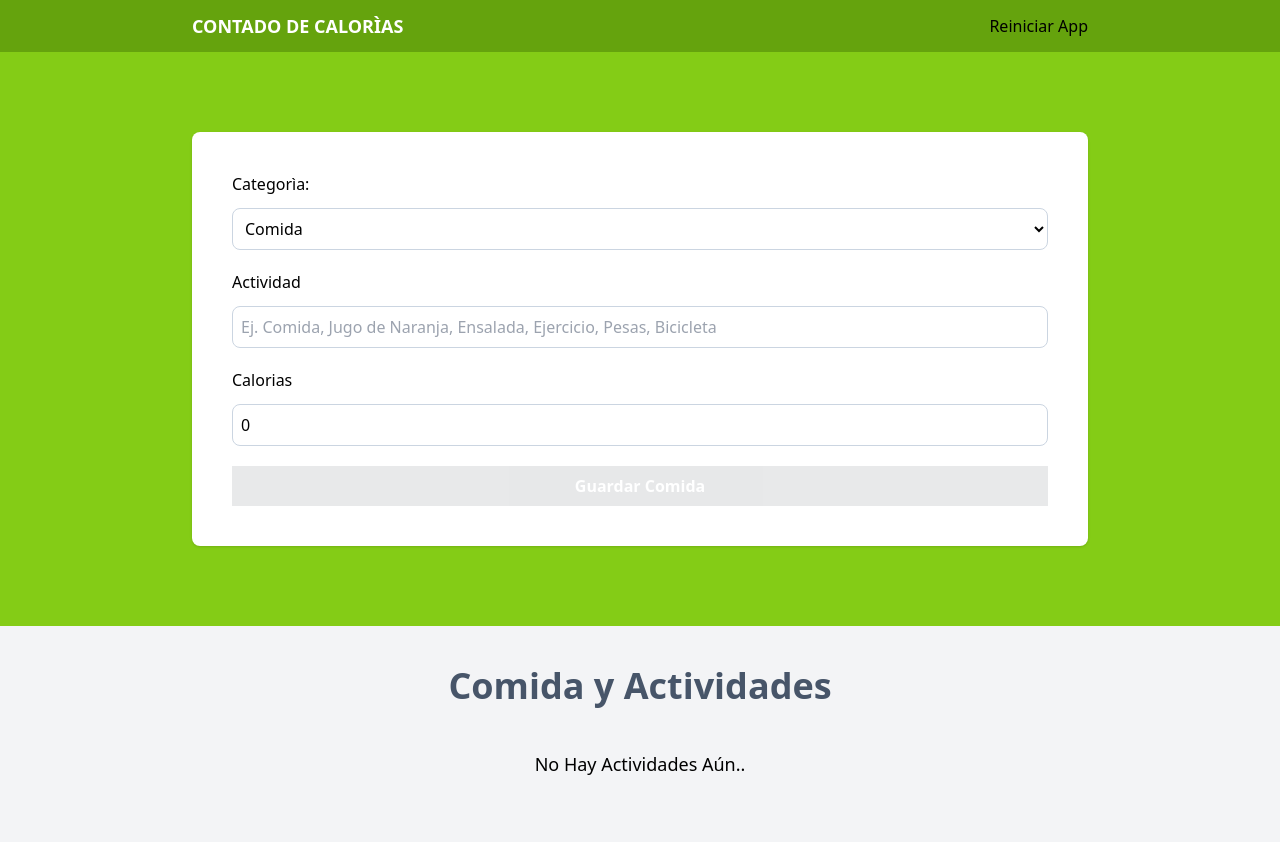
Repository: Matiiu/calorie-tracker
Page: /
These files come from the project's save history. The page is drawn as it stood at one moment and after the next save; the edit follows.
The browser window is 1280 px wide. The pictures show the whole page.
The project was rebuilt for these pictures with package versions that can differ from the ones it lists, and the page was loaded fresh each time. Also part of the build but not shown: vite.config.ts.

Above is the page before, as saved 2024-04-01 18:18:42.

### index.html
<!doctype html>
<html lang="en">
  <head>
    <meta charset="UTF-8" />
    <link rel="icon" type="image/svg+xml" href="/vite.svg" />
    <meta name="viewport" content="width=device-width, initial-scale=1.0" />
    <title>Contador de Calorías - React</title>
  </head>
  <body>
    <div id="root"></div>
    <script type="module" src="/src/main.tsx"></script>
  </body>
</html>

### src/App.tsx
import { useEffect, useReducer } from "react";

import Header from "./components/Header";
import Form from "./components/Form";
import ActivityList from "./components/ActivityList";

import { activityReducer, initialState } from "./reducers/activityReducer";
export default function App() {
  const [state, dispatch] = useReducer(activityReducer, initialState);

  useEffect(() => {
    if (state.activities.length > 0) {
      localStorage.setItem('activities', JSON.stringify(state.activities));
    }
  } ,[state.activities]);

  return (
    <>
      <Header />

      <section className="bg-lime-500 py-20 px-5">
        <div className="max-w-4xl mx-auto">
          <Form
            dispatch={dispatch}
            state={state}
          />
        </div>
      </section>

      <section className="py-10 bg-gray-100">
        <div className="mx-auto max-w-4xl">
          <ActivityList
            activities={state.activities}
            dispatch={dispatch}
          />
        </div>
      </section>
    </>
  );
}

### src/components/Header.tsx
export default function Header() {
  return (
    <header className="bg-lime-600 py-3">
      <div className="max-w-4xl mx-auto flex justify-between">
        <h1 className="text-center text-lg font-bold text-white uppercase">
          Contado de Calorìas
        </h1>

        <button>
          Reiniciar App
        </button>
      </div>
    </header>
  );
}

### src/components/Form.tsx
import { useState, ChangeEvent, FormEvent, Dispatch, useEffect } from "react";
import { v4 as uuid } from "uuid";

import { categories } from "../data/categories";
import type { Activity, Category } from "../types";
import { ActivityActions, ActivityState } from "../reducers/activityReducer";

type FormProps = {
  dispatch: Dispatch<ActivityActions>;
  state: ActivityState;
};

export default function Form({ dispatch, state }: FormProps) {
  const initialState: Activity = {
    id: uuid(),
    category: 1,
    activityName: "",
    calories: 0,
  };

  // Convertimos las calorías en un objeto donde el id en la llave y el nombre el valor
  const categoriesObject = categories.reduce(
    (accumulator: Record<Category["id"], Category["name"]>, current) => {
      accumulator[current.id] = current.name;
      return accumulator;
    },
    {}
  );

  const [activity, setActivity] = useState<Activity>({ ...initialState });

  useEffect(() => {
    if (state.activeId) {
      const selectActivities: Activity = state.activities.filter(
        stateActivity => stateActivity.id === state.activeId
      )[0];
      setActivity(selectActivities);
    }
  }, [state.activeId]);

  const handleChange = (
    e: ChangeEvent<HTMLInputElement | HTMLSelectElement>
  ) => {
    // Validamos si es un campo numérico
    const isNumberFiled = ["category", "calories"].includes(e.target.id);
    // Si lo es convertimos el dato a numérico
    setActivity({
      ...activity,
      [e.target.id]: isNumberFiled ? +e.target.value : e.target.value,
    });
  };

  const isValidateActivity = () => {
    const { activityName, calories } = activity;
    // Validamos que el campo actividad y calorías estén diligenciados
    return !!(activityName || "").trim() && calories > 0;
  };

  const nameSubmit = () => {
    // Accedemos a la posición llave de nuestro objeto categoriesObject con el valor de activity.category y retornamos el valor
    return `Guardar ${categoriesObject[activity.category]}`;
  };

  const handleSubmit = (e: FormEvent<HTMLFormElement>) => {
    e.preventDefault();
    dispatch({
      type: "save-activity",
      payload: { newActivity: activity },
    });
    // Limpiar el formulario una vez enviado
    setActivity({ ...initialState });
  };

  return (
    <form
      onSubmit={handleSubmit}
      className="space-y-5 bg-white shadow p-10 rounded-lg"
    >
      <div className="grid grid-cols-1 gap-3">
        <label htmlFor="category">Categorìa:</label>
        <select
          name="category"
          id="category"
          className="border border-slate-300 p-2 rounded-lg w-full bg-white"
          value={activity.category}
          onChange={handleChange}
        >
          {categories.map((category) => (
            <option key={category.id} value={category.id}>
              {category.name}
            </option>
          ))}
        </select>
      </div>

      <div className="grid grid-cols-1 gap-3">
        <label htmlFor="activityName">Actividad</label>
        <input
          id="activityName"
          name="activityName"
          type="text"
          className="border border-slate-300 p-2 rounded-lg"
          placeholder="Ej. Comida, Jugo de Naranja, Ensalada, Ejercicio, Pesas, Bicicleta"
          value={activity.activityName}
          onChange={handleChange}
        />
      </div>

      <div className="grid grid-cols-1 gap-3">
        <label htmlFor="calories">Calorias</label>
        <input
          id="calories"
          name="calories"
          type="number"
          className="border border-slate-300 p-2 rounded-lg"
          placeholder="Ej. 300 o 500"
          min={0}
          value={activity.calories}
          onChange={handleChange}
        />
      </div>

      <input
        type="submit"
        className="bg-gray-800 hover:bg-gray-900 w-full p-2 font-bold text-white cursor-pointer disabled:opacity-10 disabled:cursor-auto"
        value={nameSubmit()}
        disabled={!isValidateActivity()}
      />
    </form>
  );
}

### src/components/ActivityList.tsx
import { Dispatch, useMemo } from "react";

import { PencilSquareIcon, XCircleIcon } from "@heroicons/react/24/outline";

import type { Activity, Category } from "../types";
import { categories } from "../data/categories";
import { ActivityActions } from "../reducers/activityReducer";

type ActivityListprops = {
  activities: Activity[];
  dispatch: Dispatch<ActivityActions>;
};

export default function ActivityList({
  activities,
  dispatch,
}: ActivityListprops) {
  // Convertimos las calorías en un objeto donde el id en la llave y el nombre el valor
  const categoriesObject = categories.reduce(
    (accumulator: Record<Category["id"], Category["name"]>, current) => {
      accumulator[current.id] = current.name;
      return accumulator;
    },
    {}
  );

  const activitiesAreEmpty = useMemo(() => !activities.length, [activities]);

  const categoryName = (id: Category["id"]) => {
    // Accedemos a la posición llave de nuestro objeto categoriesObject con el valor de activity.category y retornamos el valor
    return categoriesObject[id];
  };

  const handleRemove = (id: Activity["id"]) => {
    const cancelConfirmation = window.confirm(
      "¿Estás seguro de que deseas eliminar la actividad?"
    );

    if (cancelConfirmation) {
      dispatch({ type: "delete-activity", payload: { id } });
    }
  };

  return (
    <>
      <h2 className="text-4xl font-bold text-slate-600 text-center">
        Comida y Actividades
      </h2>

      {activitiesAreEmpty ? (
        <p className="text-center py-6 mt-5 text-lg">
          No Hay Actividades Aún..
        </p>
      ) : (
        activities.map((activity) => (
          <div
            key={activity.id}
            className="px-5 py-10 bg-white mt-5 flex justify-between"
          >
            <div className="space-y-2 relative">
              <p
                className={`absolute -top-8 -left-8 px-10 py-2 text-white uppercase font-bold ${
                  activity.category === 1 ? "bg-lime-500" : "bg-orange-500"
                }`}
              >
                {categoryName(activity.category)}
              </p>
              <p className="text-2xl font-bold pt-5">{activity.activityName}</p>
              <p className="font-black text-4xl text-lime-500">
                {" "}
                {activity.calories}
              </p>
            </div>

            <div className="flex gap-5 items-center">
              <button
                onClick={() =>
                  dispatch({
                    type: "set-activeId",
                    payload: { id: activity.id },
                  })
                }
              >
                <PencilSquareIcon className="h-8 w-8 text-gray-800" />
              </button>

              <button onClick={() => handleRemove(activity.id)}>
                <XCircleIcon className="h-8 w-8 text-red-500" />
              </button>
            </div>
          </div>
        ))
      )}
    </>
  );
}

### src/reducers/activityReducer.ts
import type { Activity } from "../types";

export type ActivityActions =
  | { type: "save-activity"; payload: { newActivity: Activity } }
  | { type: "set-activeId"; payload: { id: Activity["id"] } }
  | { type: "delete-activity"; payload: { id: Activity["id"] } }
  | { type: "restart-app" };

export type ActivityState = {
  activities: Activity[];
  activeId: Activity["id"];
};

function localStorageactivities(): Activity[] {
  const activities = localStorage.getItem("activities");
  return activities ? JSON.parse(activities) : [];
}

export const initialState: ActivityState = {
  activities: localStorageactivities(),
  activeId: "",
};

export function activityReducer(
  state: ActivityState = initialState,
  action: ActivityActions
) {
  if (action.type === "save-activity") {
    let updateActivities: Activity[] = [];
    if (state.activeId) {
      updateActivities = state.activities.map((activity) =>
        activity.id === state.activeId ? action.payload.newActivity : activity
      );
    } else {
      updateActivities = [...state.activities, action.payload.newActivity];
    }
    return {
      ...state,
      activities: updateActivities,
      activeId: "",
    };
  }

  if (action.type === "set-activeId") {
    return {
      ...state,
      activeId: action.payload.id,
    };
  }

  if (action.type === "delete-activity") {
    return {
      ...state,
      activities: state.activities.filter(
        (activity) => activity.id !== action.payload.id
      ),
    };
  }

  if (action.type === "restart-app") {
    // Removemos la llave de nuestro stroage
    localStorage.removeItem("activities");
    // Limpiamos todos los valores
    return {
      activities: [],
      activeId: "",
    };
  }

  return state;
}

### src/data/categories.ts
import { Category } from "../types";

export const categories: Category[] = [
  { id: 1, name: "Comida" },
  { id: 2, name: "Ejercicio" },
];

Loaded but not shown: src/main.tsx (common file); src/index.css (common file); tailwind.config.js (common file)

After the next save:
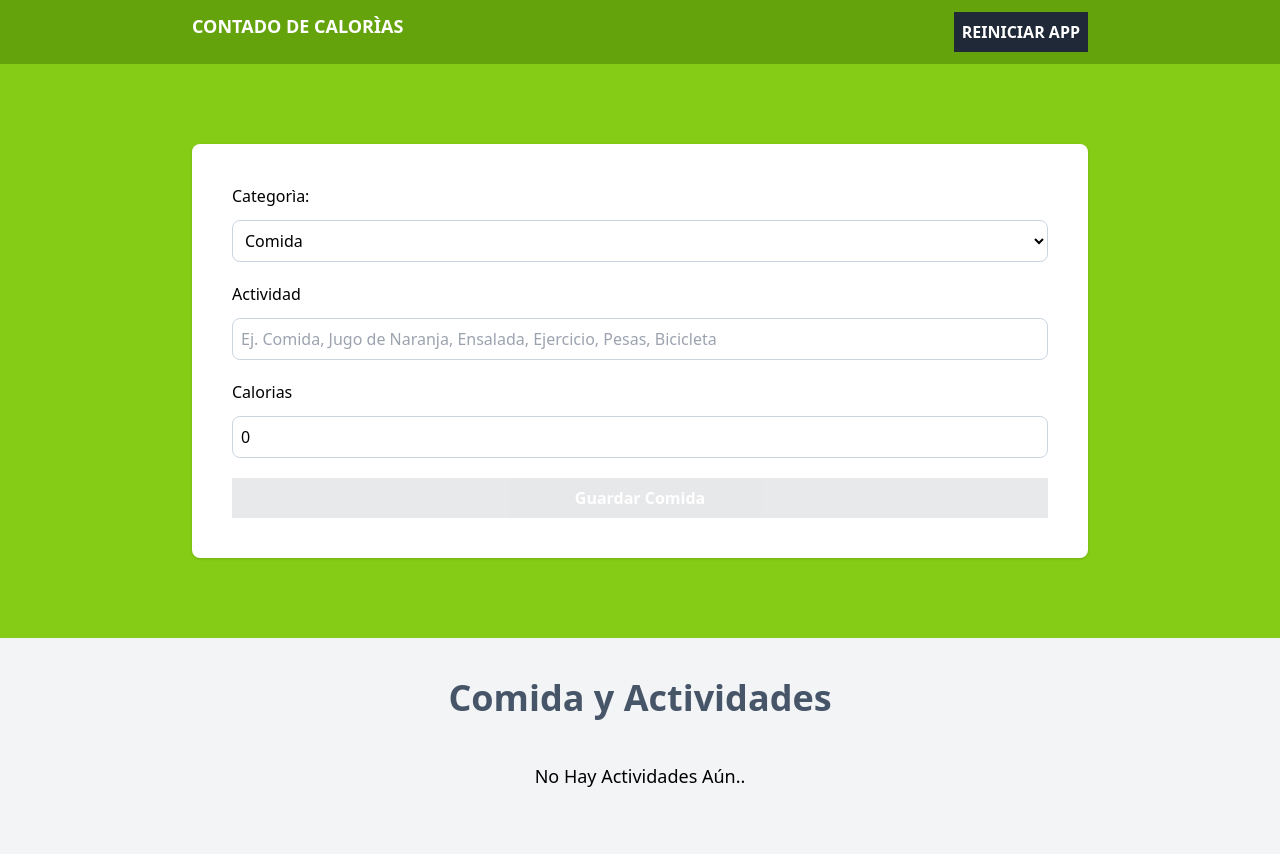
Saved 41 s later.
--- a/src/components/Header.tsx
+++ b/src/components/Header.tsx
@@ -6,7 +6,7 @@ export default function Header() {
           Contado de Calorìas
         </h1>
 
-        <button>
+        <button className="bg-gray-800 hover:bg-gray-900 p-2 font-bold uppercase text-white">
           Reiniciar App
         </button>
       </div>
